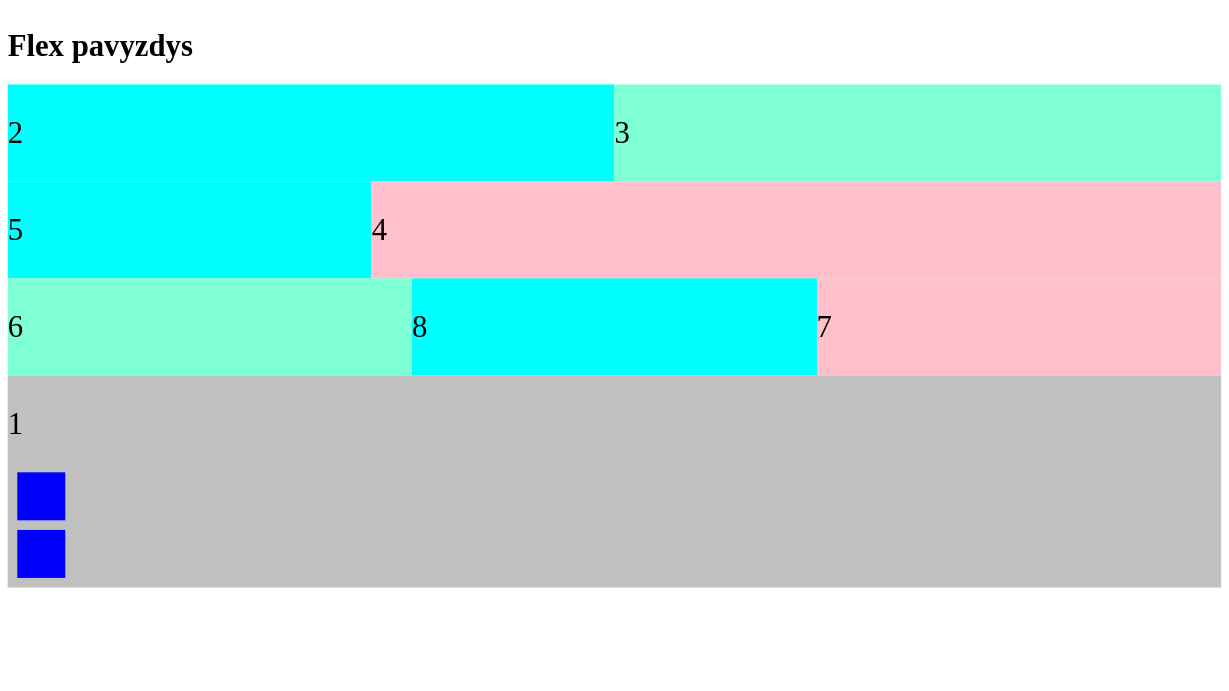
Repository: motiejus1/06-paskaita-invest
Page: index.html
These files come from the project's save history. The page is drawn as it stood at one moment and after the next save; the edit follows.
The browser window is 1280 px wide. The pictures show the whole page, at 96% of full size.

Above is the page before, as saved 2021-06-09 20:10:35.

### index.html
<!DOCTYPE html>
<html lang="en">
<head>
    <meta charset="UTF-8">
    <meta http-equiv="X-UA-Compatible" content="IE=edge">
    <meta name="viewport" content="width=device-width, initial-scale=1.0">
    <title>Sesta paskaita</title>
    <style>

* {
            box-sizing: border-box;
        }

        .col-1 {
            width: 8.33%;
        }

        .col-2 {
            width: 16.66%;
        }

        .col-3 {
            width: 25%;
        }

        .col-4 {
            width: 33.33%;
        }

        .col-5 {
            width: 41.66%;
        }

        .col-6 {
            width: 50%;
        }

        .col-7 {
            width: 58.33%;
        }

        .col-8 {
            width: 66.66%;
        }

        .col-9 {
            width:75%;
        }

        .col-10 {
            width: 83.33%;
        }

        .col-11 {
            width: 91.66%;
        }

        .col-12 {
            width: 100%;
        }

        [class*="col-"] {
            float:left;
        }


        .flex-container {
            display: flex;
            flex-direction:row;
            flex-wrap:wrap;
        }

        .flex-item-1 {
            width: 100%;
            background-color: silver;
        }

        .flex-item-2, .flex-item-3 {
            width: 50%;
        }

        .flex-item-4 {
            width: 70%;
        }

        .flex-item-5 {
            width: 30%;
        }

        .flex-item-6, .flex-item-7, .flex-item-8 {
            width: 33.33%;
        }

        .flex-item-1 {
            order: 1001;
        }

        .flex-item-2 {
            order: 202;
        }

        .flex-item-3 {
            order: 203;
        }

        .flex-item-4 {
            order: 205;
        }

        .flex-item-5 {
            order: 204;
        }

        .flex-item-6 {
            order: 206;
        }

        .flex-item-7 {
            order: 208;
        }

        .flex-item-8 {
            order: 207;
        }


        .zydra {
            background-color:aqua;
        }

        .zalsva {
            background-color: aquamarine;
        }

        .rozine {
            background-color: pink;
        }

        p {
            font-size: 32px;
        }

        .kvadratelis {
            width: 50px;
            height: 50px;
            background-color: blue;
            margin: 10px;
        }

        @media screen and (max-width: 720px) {
            .flex-container {
                flex-direction:column;
                flex-wrap: wrap;
            }

            [class*="flex-item-"] {
                width: 100%;
                order: 1;
            }
        }

    </style>
</head>
<body>
    <div class="container">

        <div class="row"> <!--12 stulpeliu  -->
            <div class="col-12"><!-- 12 stulpeliu -->

                <h1>Flex pavyzdys</h1>

                <!--flex -->
                <div class="flex-container">
                    <div class="flex-item-1">
                        <p>1</p>
                        <div class="kvadratelis">
                        </div>
                        <div class="kvadratelis">
                        </div>
                    </div>
                    <div class="flex-item-2 zydra">
                        <p>2</p>
                    </div>
                    <div class="flex-item-3 zalsva"><p>3</p></div>
                    <div class="flex-item-4 rozine"><p>4</p></div>
                    <div class="flex-item-5 zydra"><p>5</p></div>
                    <div class="flex-item-6 zalsva"><p>6</p></div>
                    <div class="flex-item-7 rozine"><p>7</p></div>
                    <div class="flex-item-8 zydra"><p>8</p></div>
                    <!-- <div class="flex-item-9"><p>9</p></div> -->

                    <!-- <h1 class="tekstas">Flex tekstas</h1> -->
                    <!--flex -->
                </div>
            </div>
        </div>




    </div>
</body>
</html>

After the next save:
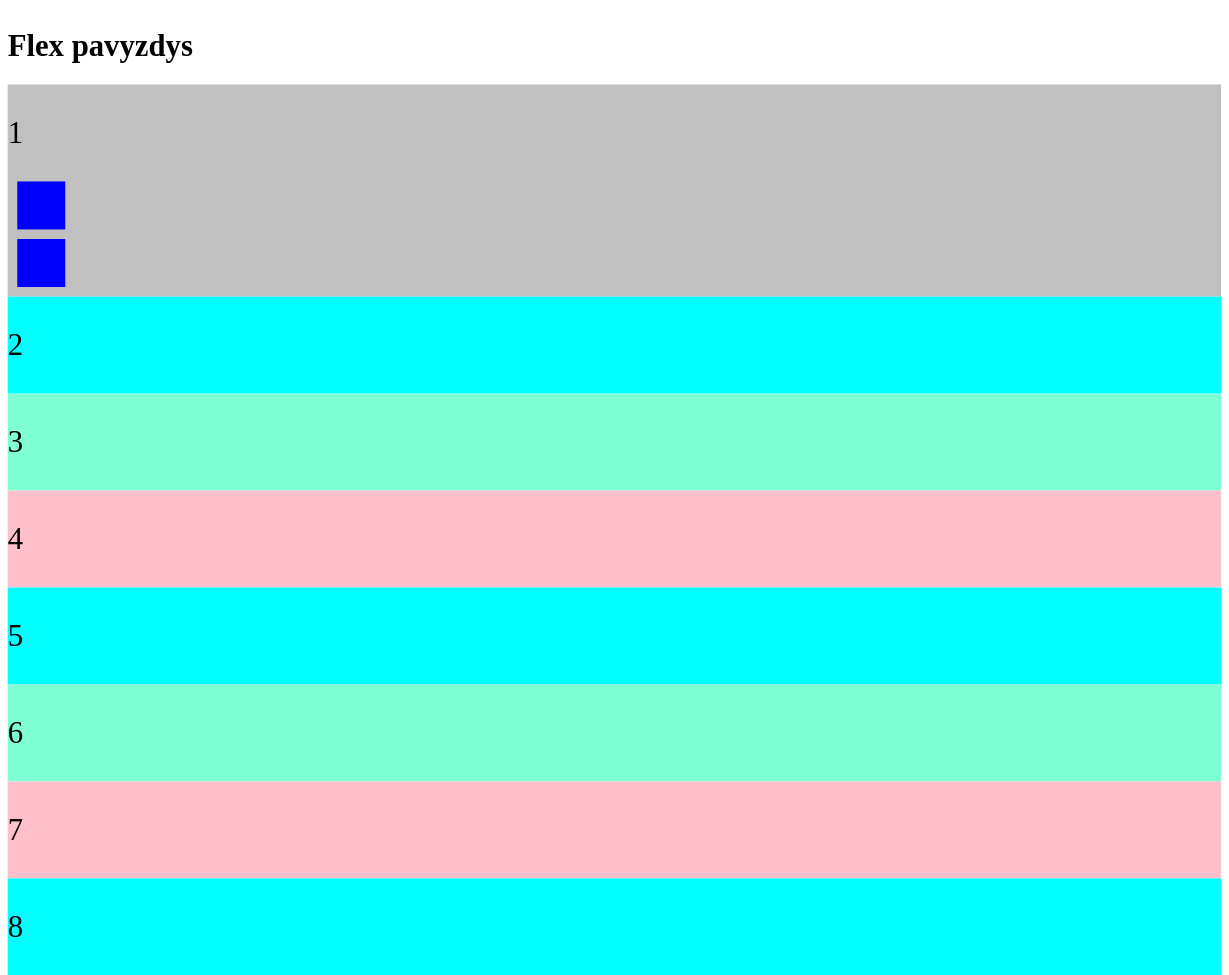
Saved 7 s later.
--- a/index.html
+++ b/index.html
@@ -146,6 +146,11 @@
             background-color: blue;
             margin: 10px;
         }
+
+        [class*="flex-item-"] {
+                width: 100%;
+                order: 1;
+            }
 
         @media screen and (max-width: 720px) {
             .flex-container {
